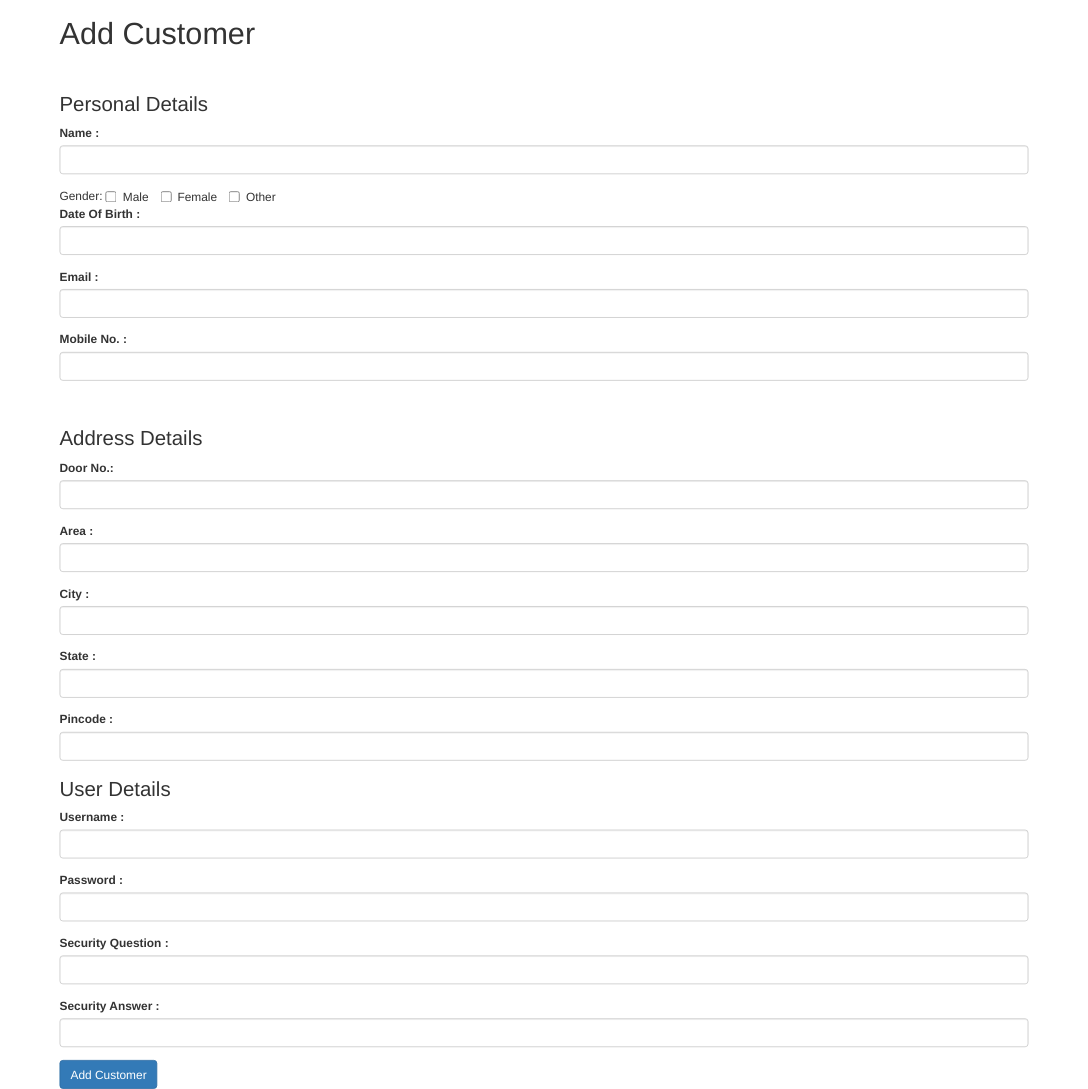
Repository: Shubham-Gawade/SpringHibernateTraining
Page: http://localhost/xorbankonline/WEB-INF/pages/addcustomer.jsp
The author's editor kept a copy of each file at every save. The page is drawn from the files as they stood at one save, then again after the next save.
The browser window is 1280 px wide. The pictures show the whole page, at 85% of full size.
The page is served by Tomcat 9. Nobody is signed in. Other server files are loaded and not shown. The template is opened directly, without the code that normally fills it, so the values that code supplies are empty.

Above is the page before, as saved 2021-10-07 04:46:39.

### xorbankonline/src/main/webapp/WEB-INF/pages/addcustomer.jsp
<%@ page language="java" contentType="text/html; charset=ISO-8859-1"
    pageEncoding="ISO-8859-1"%>
<%@ taglib prefix="form" uri="http://www.springframework.org/tags/form" %>
<!DOCTYPE html>
<html>
<head>
<meta charset="ISO-8859-1">
<title>Insert title here</title>
<link rel="stylesheet" href="https://maxcdn.bootstrapcdn.com/bootstrap/3.3.7/css/bootstrap.min.css">
</head>
<body class="container">
	<h1>Add Customer</h1>
	<form:form action="addcustomer" method="post" modelAttribute="customerObj">
		<br/>
		<h3>Personal Details</h3>
		<div class="form-group">
		    <label for="name">Name :</label>
		    <form:input type="text" path="personName" class="form-control" name="name"/>
		</div>
		Gender:
		<label class="checkbox-inline"><input type="checkbox" value="MALE">Male</label>
		<label class="checkbox-inline"><input type="checkbox" value="FEMALE">Female</label>
		<label class="checkbox-inline"><input type="checkbox" value="OTHER">Other</label>
		<div class="form-group">
		    <label for="dateOfBirth">Date Of Birth :</label>
		    <input type="text" class="form-control" name="dateOfBirth">
		</div>
		<div class="form-group">
		    <label for="emailId">Email :</label>
		    <form:input type="email" class="form-control" path="emailId" name="emailId"/>
		</div>
		<div class="form-group">
		    <label for="email">Mobile No. :</label>
		    <form:input type="number" class="form-control" path="mobileNo" name="mobileNo"/>
		</div>

		<br/>
		<h3>Address Details</h3>
		<div class="form-group">
		    <label for="doorNo">Door No.:</label>
		    <form:input type="text" class="form-control" path="address.doorNo" name="doorNo"/>
		</div>
		<div class="form-group">
		    <label for="area">Area :</label>
		    <form:input type="text" class="form-control" path="address.area" name="area"/>
		</div>
		<div class="form-group">
		    <label for="city">City :</label>
		    <form:input type="text" class="form-control" path="address.city" name="city"/>
		</div>
		<div class="form-group">
		    <label for="state">State :</label>
		    <form:input type="text" class="form-control" path="address.state" name="state"/>
		</div>
		<div class="form-group">
		    <label for="pincode">Pincode :</label>
		    <form:input type="text" class="form-control" path="address.pincode" name="pincode"/>
		</div>

		<h3>User Details</h3>
		<div class="form-group">
		    <label for="userName">Username :</label>
		    <form:input type="text" class="form-control" path="user.userName" name="userName"/>
		</div>
		<div class="form-group">
		    <label for="password">Password :</label>
		    <form:input type="text" class="form-control" path="user.password" name="password"/>
		</div>
		<div class="form-group">
		    <label for="securityQuestion">Security Question :</label>
		    <form:input type="text" class="form-control" path="user.securityQuestion" name="securityQuestion"/>
		</div>
		<div class="form-group">
		    <label for="securityAnswer">Security Answer :</label>
		    <form:input type="text" class="form-control" path="user.securityAnswer" name="securityAnswer"/>
		</div>
		<input class="btn btn-primary" type="submit" value="Add Customer"/>
	</form:form>
</body>
</html>

After the next save:
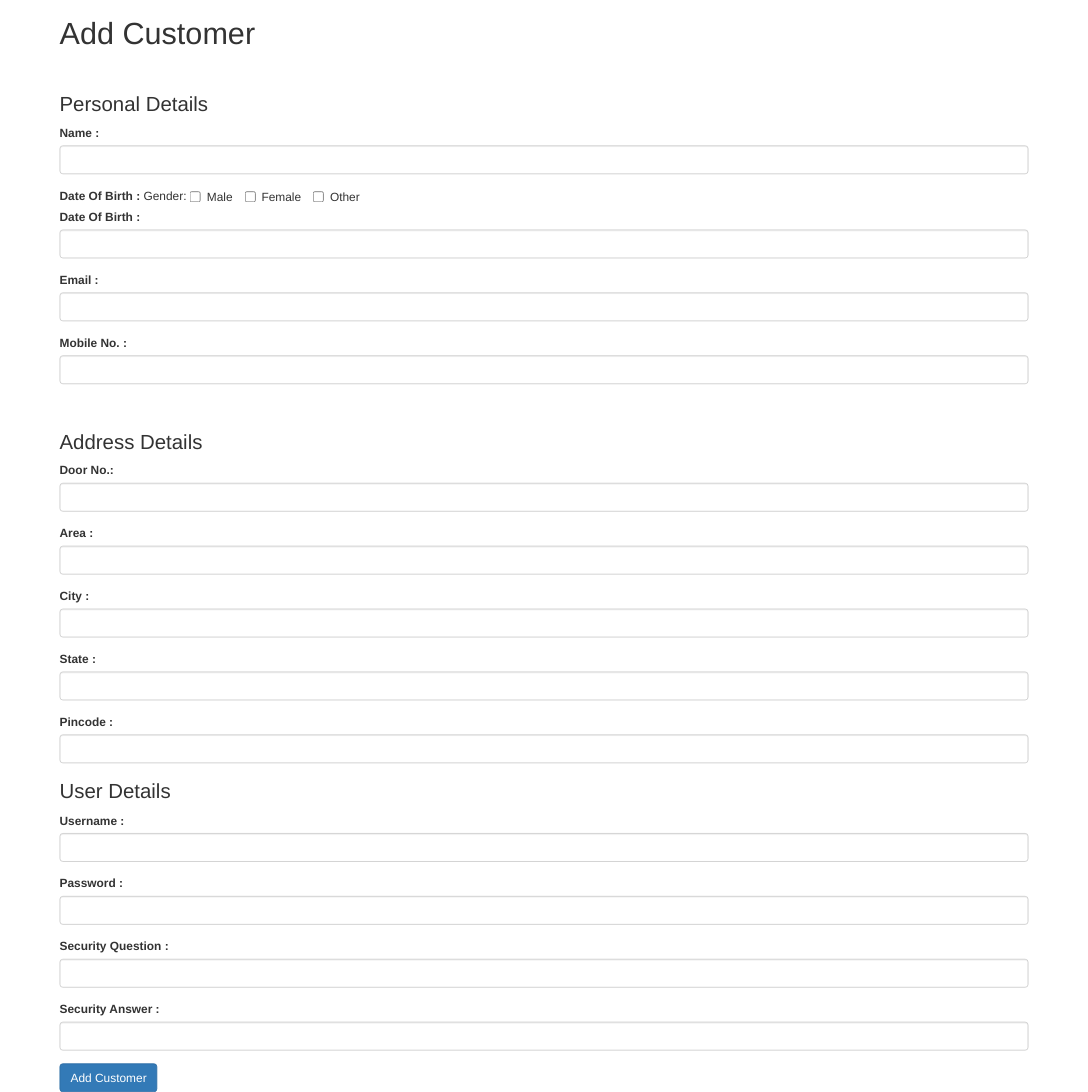
Saved 56 s later.
--- a/xorbankonline/src/main/webapp/WEB-INF/pages/addcustomer.jsp
+++ b/xorbankonline/src/main/webapp/WEB-INF/pages/addcustomer.jsp
@@ -17,10 +17,11 @@
 		    <label for="name">Name :</label>
 		    <form:input type="text" path="personName" class="form-control" name="name"/>
 		</div>
+		<label for="dateOfBirth">Date Of Birth :</label>
 		Gender:
-		<label class="checkbox-inline"><input type="checkbox" value="MALE">Male</label>
-		<label class="checkbox-inline"><input type="checkbox" value="FEMALE">Female</label>
-		<label class="checkbox-inline"><input type="checkbox" value="OTHER">Other</label>
+		<label class="checkbox-inline"><input type="checkbox" name="gender" value="MALE">Male</label>
+		<label class="checkbox-inline"><input type="checkbox" name="gender" value="FEMALE">Female</label>
+		<label class="checkbox-inline"><input type="checkbox" name="gender" value="OTHER">Other</label>
 		<div class="form-group">
 		    <label for="dateOfBirth">Date Of Birth :</label>
 		    <input type="text" class="form-control" name="dateOfBirth">
